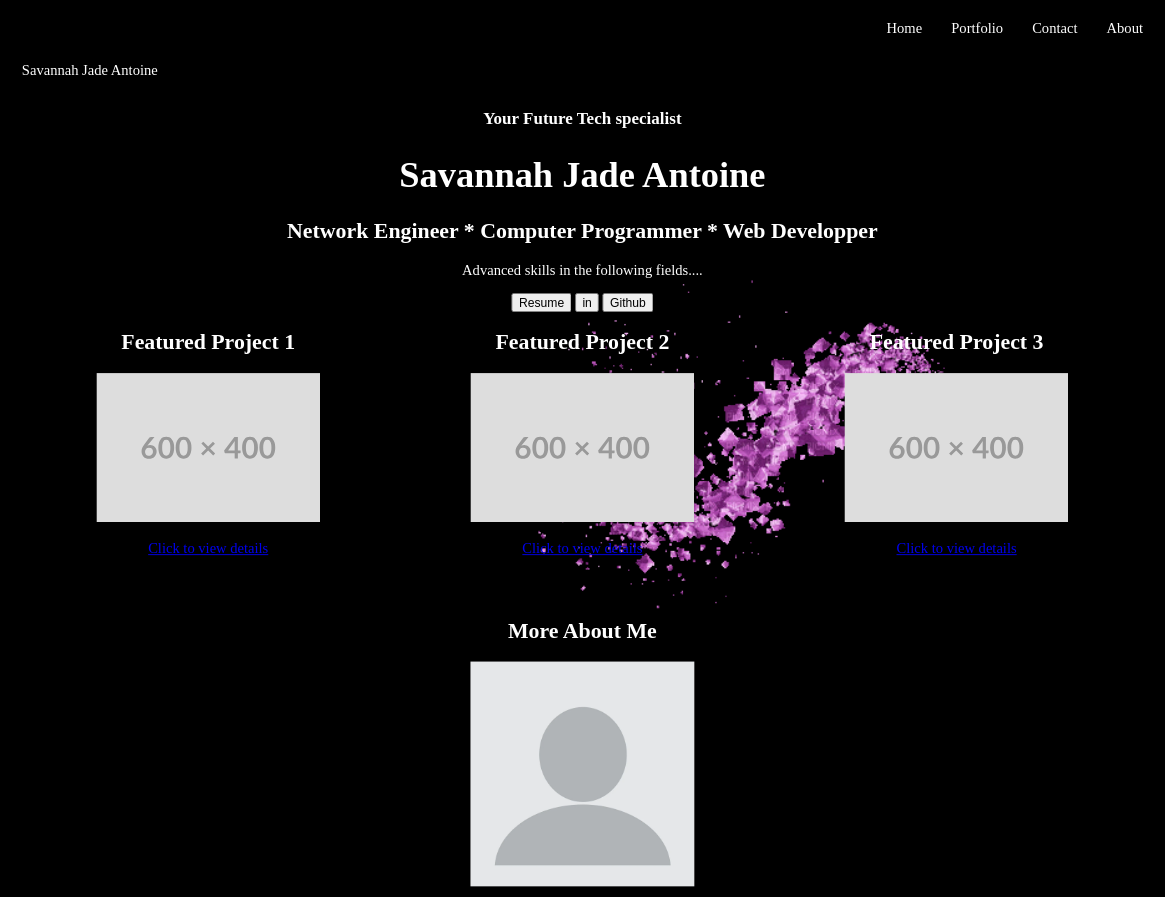
Repository: Savannah-Antoine/Savannah-Antoine
Page: index.html
These files come from the project's save history. The page is drawn as it stood at one moment and after the next save; the edit follows.
The browser window is 1280 px wide. The pictures show the whole page, at 91% of full size.

Above is the page before, as saved 2026-05-08 17:07:50.

After the next save:
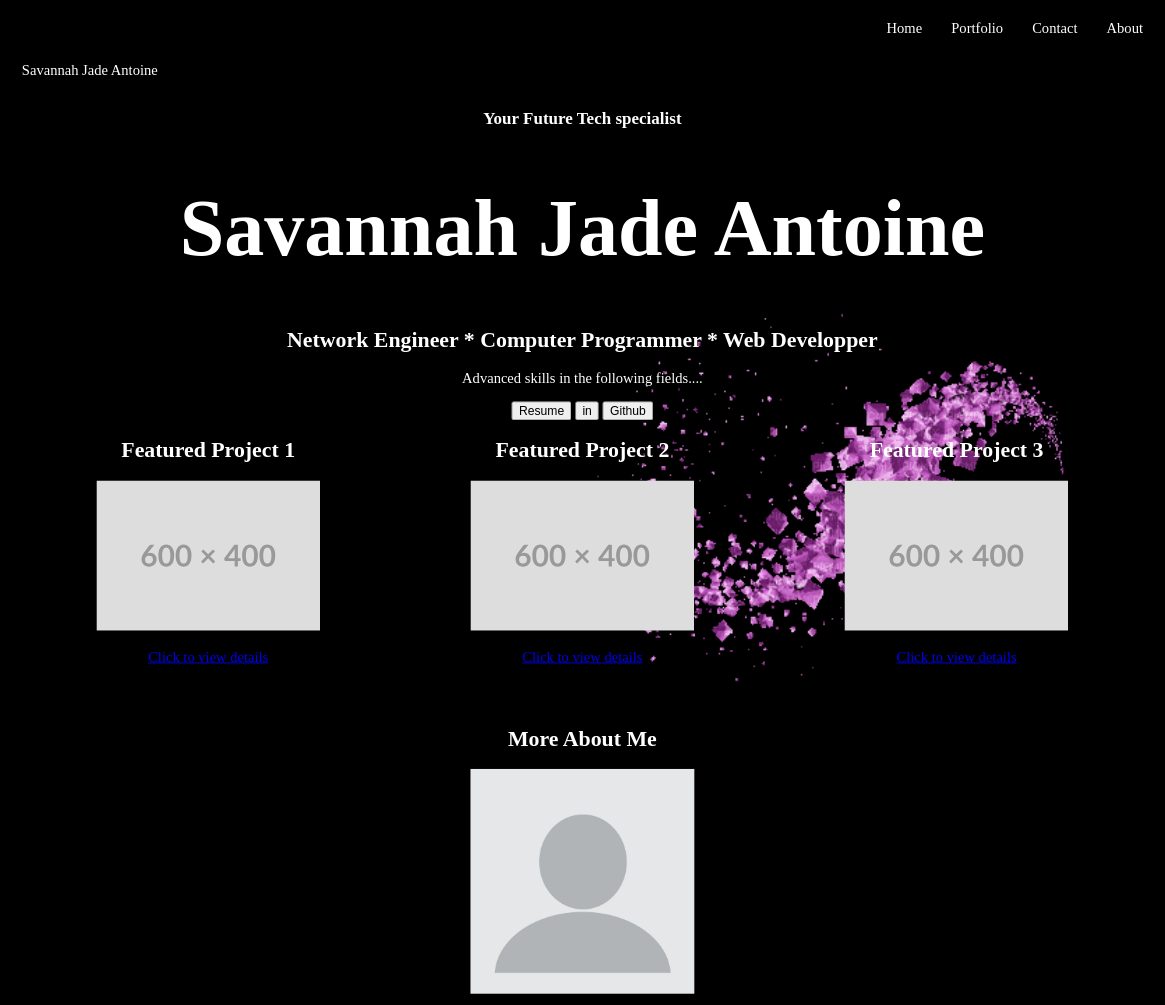
Saved 33 s later.
--- a/styles/index.css
+++ b/styles/index.css
@@ -19,7 +19,7 @@ img{
 @media screen and (min-width: 768px)
 {
     body h1{
-    font-size: 2.5rem;
+    font-size: 5.5rem;
 }
     section{
 
